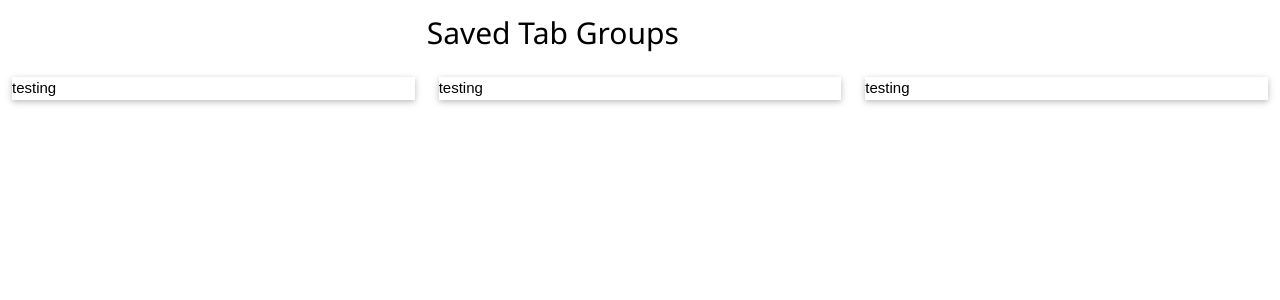
Repository: pixman92/GitTab
Page: background.html
These files come from the project's save history. The page is drawn as it stood at one moment and after the next save; the edit follows.
The browser window is 1280 px wide. The pictures show the whole page.

Above is the page before, as saved 2020-02-13 21:39:54.
Console error: SyntaxError: Unexpected token '.'

### background.html
<html>
    <head>
    <meta charset="UTF-8">
    <meta name="viewport" content="width=device-width, initial-scale=1.0">
    <meta http-equiv="X-UA-Compatible" content="ie=edge">
    <title>background</title>

    <link rel="stylesheet" href="pure-min.css">
    <link rel="stylesheet" href="w3.css">



    <!-- <script src="https://www.gstatic.com/firebasejs/5.5.9/firebase.js"></script> -->
    <!-- <script src="firebase.js"></script>
    <script src="firestoreStuff.js"></script>
    <script src="helperfunctions.js"></script> -->
    <script src="background.js"></script>
    <script src="backgroundNew.js"></script>
    <script src="TabObj.js"></script>
    <script src="CSS_tweaking.js"></script>

    <link rel="stylesheet" href="styles.css">




</head>
<body>
    <div class="pure-g">
        <div class="pure-u-1-3"></div>
        <div class="pure-u-1-3">
            <h2>Saved Tab Groups</h2>
        </div>
        <div class="pure-u-1-3"></div>

    </div>

    <!-- <h1 id='hello'>Hello</h1> -->

    <div id="placeHolder">
        <!-- <div class="gridSaved"> -->
        <div class="pure-g">
            <div class="pure-u-1-3">
                <div class="margMe">
                    <div class="w3-card-2">testing</div>

                </div>
            </div>
            <div class="pure-u-1-3">
                <div class="margMe">
                    <div class="w3-card-2">testing</div>

                </div>
            </div>
            <div class="pure-u-1-3">
                <div class="margMe">
                    <div class="w3-card-2">testing</div>

                </div>
            </div>
        </div>



        <!-- </div> -->

    </div>

</body>
</html>

### background.js
//file that saves Current tabs on open
//displays all tabs found in BIGTAB
//
//also, to allow for deleting in BIGTAB arr[]

var userBIG;
function makeOrGet(){
    try {
       pullBIG();

    } catch (error) {
        console.log('error', error);
    }
}

### backgroundNew.js

window.onload = ()=>{
    // makeNice();

    makeObjects();

    chrome.storage.sync.get(['saveMe'], (result)=>{
        if(result.saveMe==true){
            pullBIG();
            retrieved.add()
            chrome.storage.sync.set({'saveMe': false});
        }
    });

//    receiveMessage();
}


//========================================

//file reserved for opening & deleting of grouped TAB objects
//soon to be OLD
var str=""; var tabSaved="";
function makeNice(){

    chrome.storage.sync.get(['tabSet'], (result)=>{
        tabSaved = result.tabSet;
        console.log('tab2', tabSaved);

        //========================================
        for(var i=0; i<tabSaved.length; i++){
            //required \" to make URL (a href) work!
            str+=makeStr(["<div class='grid1'>", "<div>","<a target='_blank'  href=\"", tabSaved[i].url.toString(), "\">", tabSaved[i].title.toString(), "</a>", "</div>", "</div>" ]);
        }
        // console.log('str', str);
        document.getElementById('placeHolder').innerHTML = str;

        str="";
    });
}
//========================================

var tabToObj;
var singleNewTABGroup;
function makeObjects(){
    try{
        pullBIG();
    }catch(error){
        console.log('error', error);
    }
    chrome.storage.sync.get(['tabSet'], (result)=>{
        tabToObj = result.tabSet;
        singleNewTABGroup = new SingleTABGroup(tabToObj['title'], tabToObj['tabs']);
        retrieved.add(singleNewTABGroup);
        retrieved.addToStorage();
    });

}

var saveBIGTAB; var retrieved;
function pullBIG(){
    //retrieved - main Variable to work with
    chrome.storage.sync.get(['BIGTAB'], (result)=>{
        saveBIGTAB = result.BIGTAB;
        console.log('saveBIGTAB', saveBIGTAB);
        retrieved = new BIGTAB();


        // retrieved.add(saveBIGTAB);
        for(var i=0; i<saveBIGTAB.length; i++){
            retrieved.add(saveBIGTAB[0]);
        }

        return saveBIGTAB;
    });


}
.



//========================================

//functions to print out HTML




//========================================

function makeStr(arr){
    return arr.join("")
}

function wait(timout){
    return new Promise(resolve=>setTimeout(resolve, timout));
}

### TabObj.js
//file for TAB object framework

var SingleTABGroup = function(title, tabs){
    var tmpDate = new Date();
    this.date = tmpDate;

    this.title = title;
    this.tabs = tabs;
}



class BIGTAB {

    // big = new BIGTAB()
    // big.add(single)
    // big.get()[0] - > dates/title/tabs


    constructor(){
        this.single=[];
    //     this.single.push(SingleTAB);
    }

    add(data){
        if(data){
            this.single.push(data);
        }else{
            console.log('nothing to add');
        }
        console.log('remember to addToStorage()');
        // return single;
    }
    get(){
        return this.single;
    }

    addToStorage(){
        chrome.storage.sync.set({'BIGTAB': this.single});
    }

}

// function replaceBIGTABInStorage(BIGTAB){
//     chrome.storage.sync.set({'BIGTAB': BIGTAB});

// }

### CSS_tweaking.js


// funcitons for tweaking CSS
function cssMe(selector, styleMe, change){
    document.getElementById(selector).style[styleMe] = change;
}

### styles.css
.gridSaved{
    display:grid;
    grid-template-rows: 1fr 1fr;
}

.margBottom{
    margin-bottom: 1em;
}
/* .container{
    width: 23%;
} */

.center{
    margin-left: auto;
    margin-right: auto;
    width: 50%;
}

.margMe{
    margin:.8em;
}

.innerPad{
    padding: .9em;

}

Loaded but not shown: pure-min.css (library); w3.css (library)

After the next save:
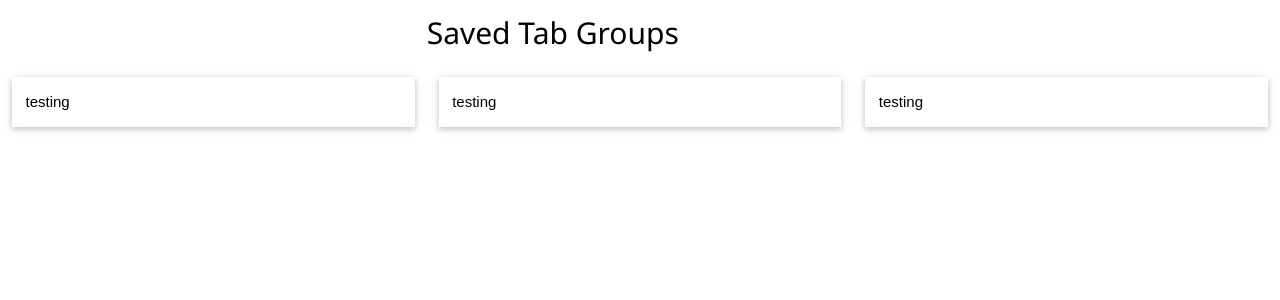
Saved 15 s later.
--- a/background.html
+++ b/background.html
@@ -42,19 +42,19 @@
         <div class="pure-g">
             <div class="pure-u-1-3">
                 <div class="margMe">
-                    <div class="w3-card-2">testing</div>
+                    <div class="w3-card-2 innerPad">testing</div>
 
                 </div>
             </div>
             <div class="pure-u-1-3">
                 <div class="margMe">
-                    <div class="w3-card-2">testing</div>
+                    <div class="w3-card-2 innerPad">testing</div>
 
                 </div>
             </div>
             <div class="pure-u-1-3">
                 <div class="margMe">
-                    <div class="w3-card-2">testing</div>
+                    <div class="w3-card-2 innerPad">testing</div>
 
                 </div>
             </div>
